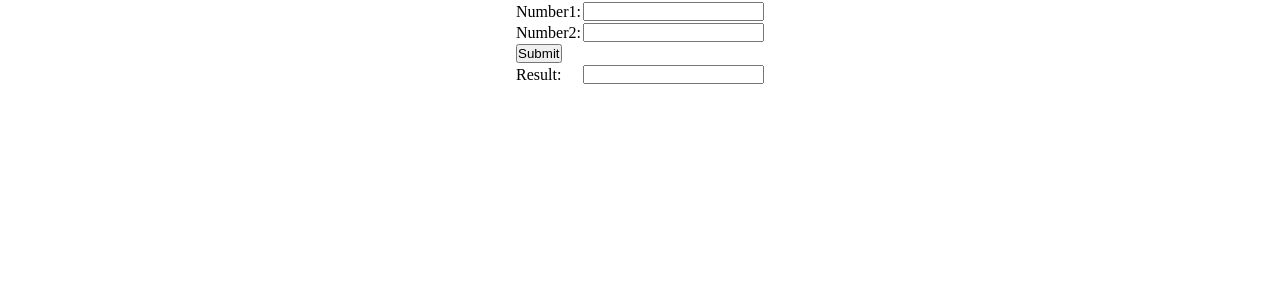
Repository: Nanda-Hari-Reddy/YouTube-Clone
Page: http://localhost/Demo/
The author's editor kept a copy of each file at every save. The page is drawn from the files as they stood at one save, then again after the next save.
The browser window is 1280 px wide. The pictures show the whole page.
The page is served by Tomcat 9.

Above is the page before, as saved 2023-11-01 05:37:27.

After the next save:
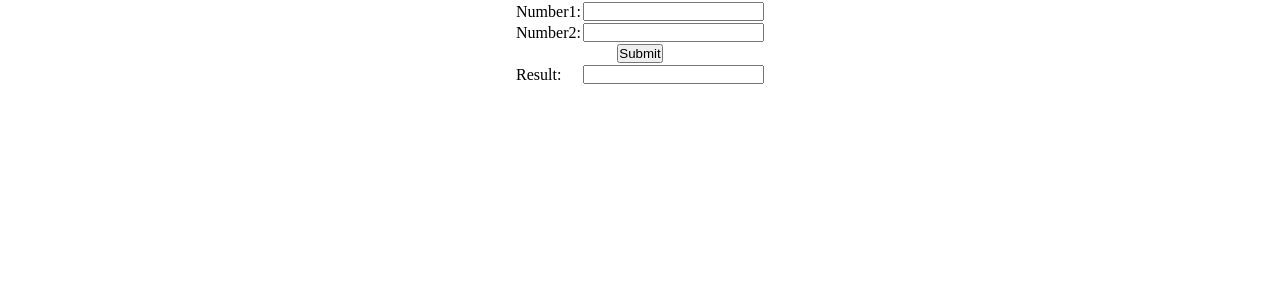
Saved 30 s later.
--- a/MDB-Free_4.20.0/SERVELETS/Demo/src/main/webapp/index.jsp
+++ b/MDB-Free_4.20.0/SERVELETS/Demo/src/main/webapp/index.jsp
@@ -26,7 +26,7 @@
 			<td><input type="text" name="two"></td>
 		</tr>
 		<tr>
-			<td colspan="1"><input type="submit"></td>
+			<td colspan="2" text align="center"><input type="submit"></td>
 		</tr>
 		<tr>
 			<td>Result:</td>

After the save that followed:
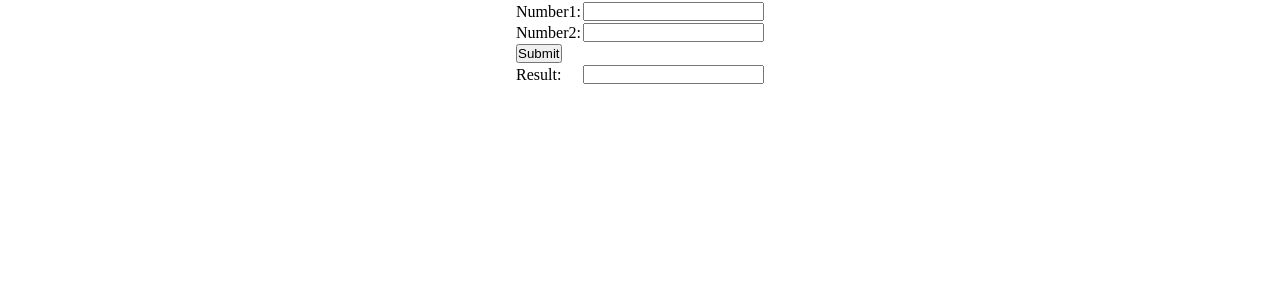
Saved 42 s later.
--- a/MDB-Free_4.20.0/SERVELETS/Demo/src/main/webapp/index.jsp
+++ b/MDB-Free_4.20.0/SERVELETS/Demo/src/main/webapp/index.jsp
@@ -26,7 +26,7 @@
 			<td><input type="text" name="two"></td>
 		</tr>
 		<tr>
-			<td colspan="2" text align="center"><input type="submit"></td>
+			<td colspan="2" style="text-align: ccenter"><input type="submit"></td>
 		</tr>
 		<tr>
 			<td>Result:</td>
